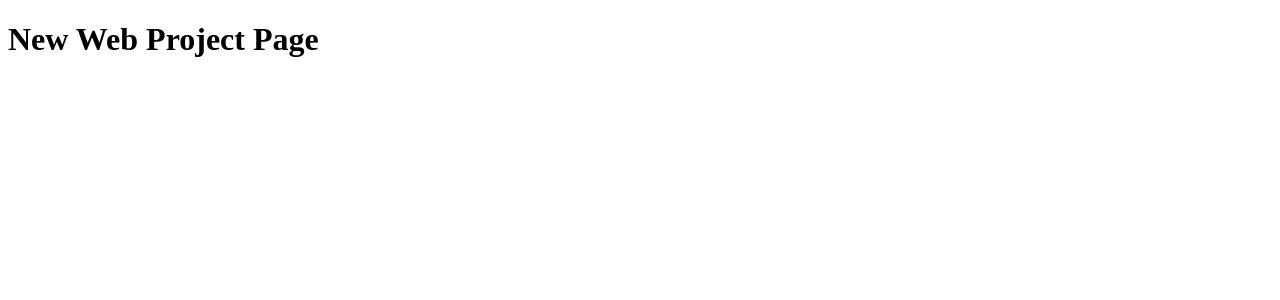
Repository: jkastrup/Kastrup_Jason_WPF
Page: Conditions_Wacky/Conditions_Wacky/index.html
An editor plug-in stored every save of this project. The page is shown before and after the next save, followed by the edit.
The browser window is 1280 px wide. The pictures show the whole page.

Above is the page before, as saved 2014-03-21 02:50:36.

After the next save:
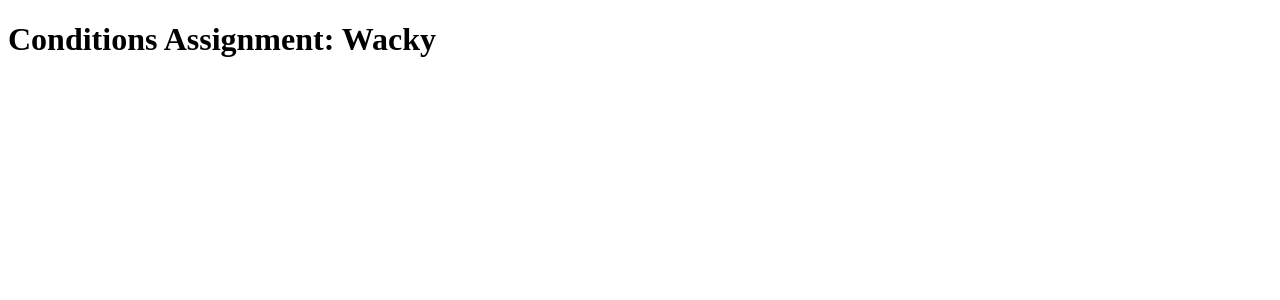
Saved 58 s later.
--- a/Conditions_Wacky/Conditions_Wacky/index.html
+++ b/Conditions_Wacky/Conditions_Wacky/index.html
@@ -3,9 +3,10 @@
 <html xmlns="http://www.w3.org/1999/xhtml">
 	<head>
 		<meta http-equiv="Content-Type" content="text/html; charset=utf-8" />
-		<title>New Web Project</title>
+		<title>Conditions Assignment: Wacky</title>
 	</head>
 	<body>
-		<h1>New Web Project Page</h1>
+		<h1>Conditions Assignment: Wacky</h1>
+		<script src="js/styles.js"></script>
 	</body>
 </html>
